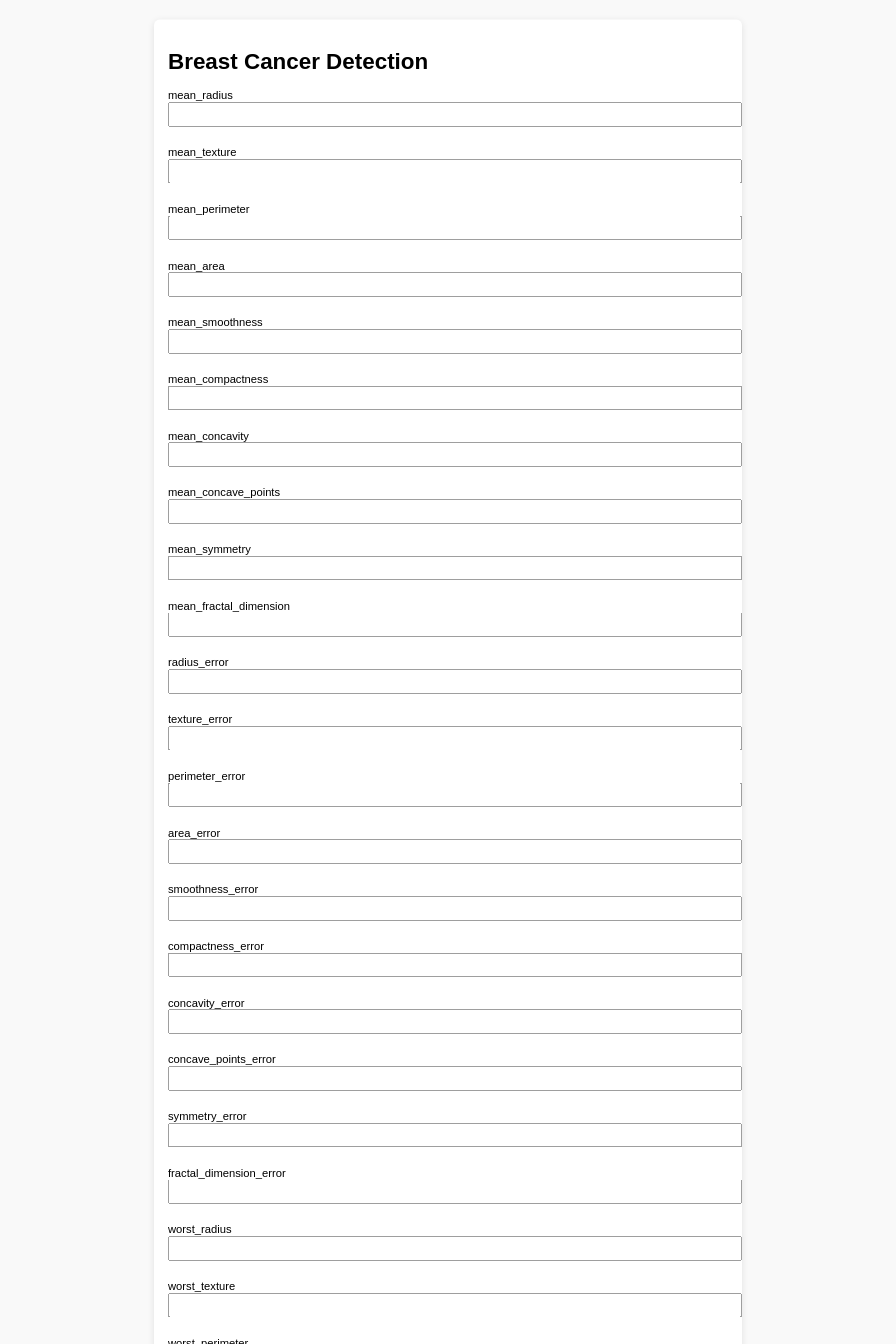
Repository: akiraroyal/Breast-Cancer-Detector-Artificial-Neural-Network
Page: app/templates/index.html
The author's editor kept a copy of each file at every save. The page is drawn from the files as they stood at one save, then again after the next save.
The browser window is 1280 px wide. The pictures show the part of the page from y = 0 to 1920 px (the page is 2661 px tall before and 2121 px after), at 70% of full size.

Above is the page before, as saved 2025-12-22 17:15:12.

After the next save:
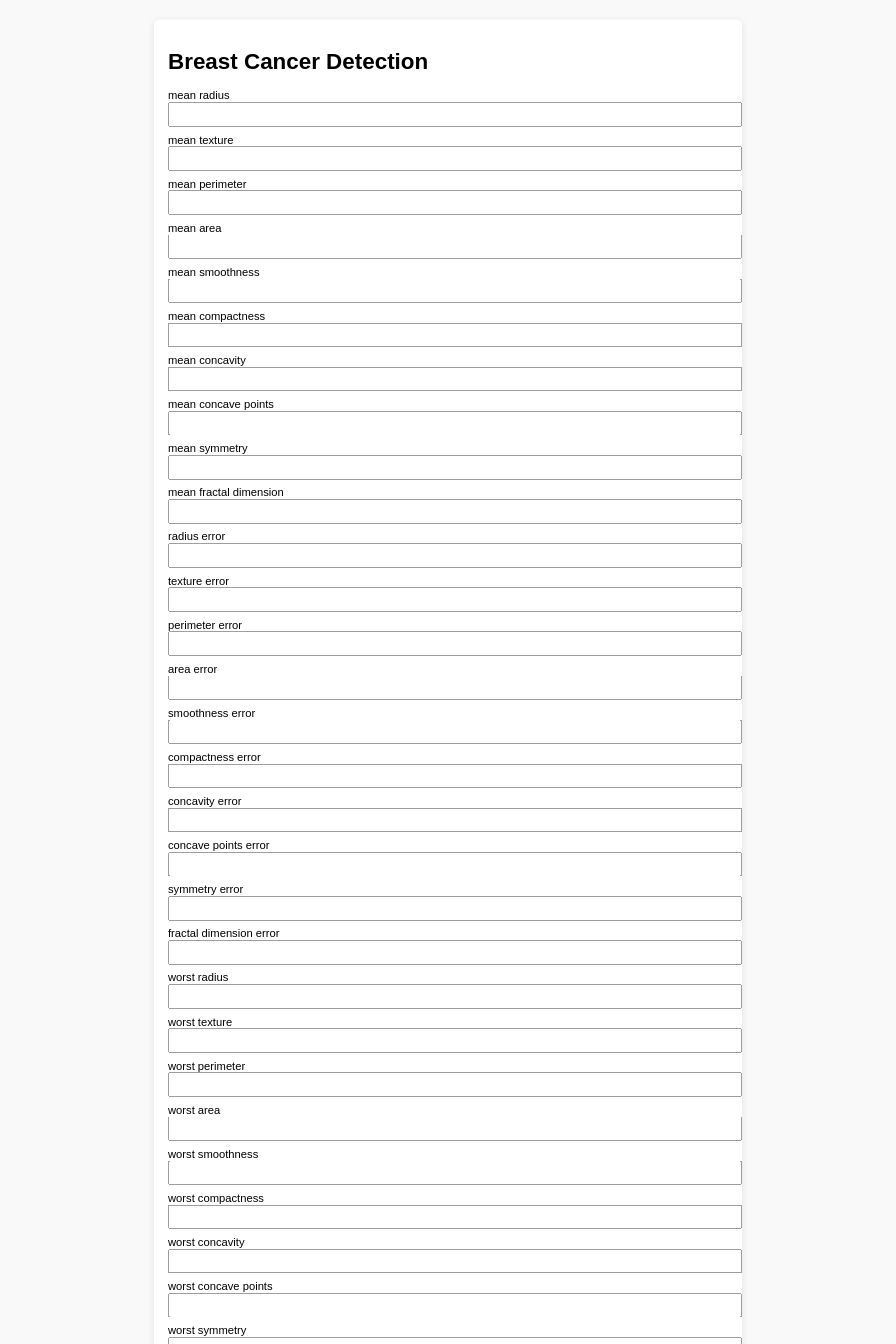
Saved 8 min 30 s later.
--- a/app/static/script.js
+++ b/app/static/script.js
@@ -1,4 +1,3 @@
-
 const fields = [
   "mean_radius", "mean_texture", "mean_perimeter", "mean_area", "mean_smoothness",
   "mean_compactness", "mean_concavity", "mean_concave_points", "mean_symmetry", "mean_fractal_dimension",
@@ -8,27 +7,31 @@ const fields = [
   "worst_compactness", "worst_concavity", "worst_concave_points", "worst_symmetry", "worst_fractal_dimension"
 ];
 
+const formFields = document.getElementById("formFields");
 
-const formFieldsContainer = document.getElementById("formFields");
-fields.forEach(field => {
+
+fields.forEach(key => {
   const label = document.createElement("label");
-  label.textContent = field;
+  label.innerText = key.replace(/_/g, " ");
+  label.setAttribute("for", key);
+
   const input = document.createElement("input");
   input.type = "number";
-  input.name = field;
+  input.step = "any";
+  input.name = key;
+  input.id = key;
   input.required = true;
-  formFieldsContainer.appendChild(label);
-  formFieldsContainer.appendChild(input);
-  formFieldsContainer.appendChild(document.createElement("br"));
+
+  formFields.appendChild(label);
+  formFields.appendChild(input);
 });
 
 document.getElementById("predictionForm").addEventListener("submit", async (e) => {
   e.preventDefault();
 
-  const formData = new FormData(e.target);
   const data = {};
   fields.forEach(field => {
-    data[field] = parseFloat(formData.get(field));
+    data[field] = parseFloat(document.getElementById(field).value);
   });
 
   try {
@@ -45,8 +48,8 @@ document.getElementById("predictionForm").addEventListener("submit", async (e) =
       <h3>Prediction: ${result.prediction}</h3>
       <p>Score: ${result.score.toFixed(4)}</p>
     `;
-  } catch (err) {
-    console.error("Prediction error:", err);
-    document.getElementById("result").textContent = "Error making prediction.";
+  } catch (error) {
+    document.getElementById("result").innerText = "Error occurred while making prediction.";
+    console.error("Prediction error:", error);
   }
 });
